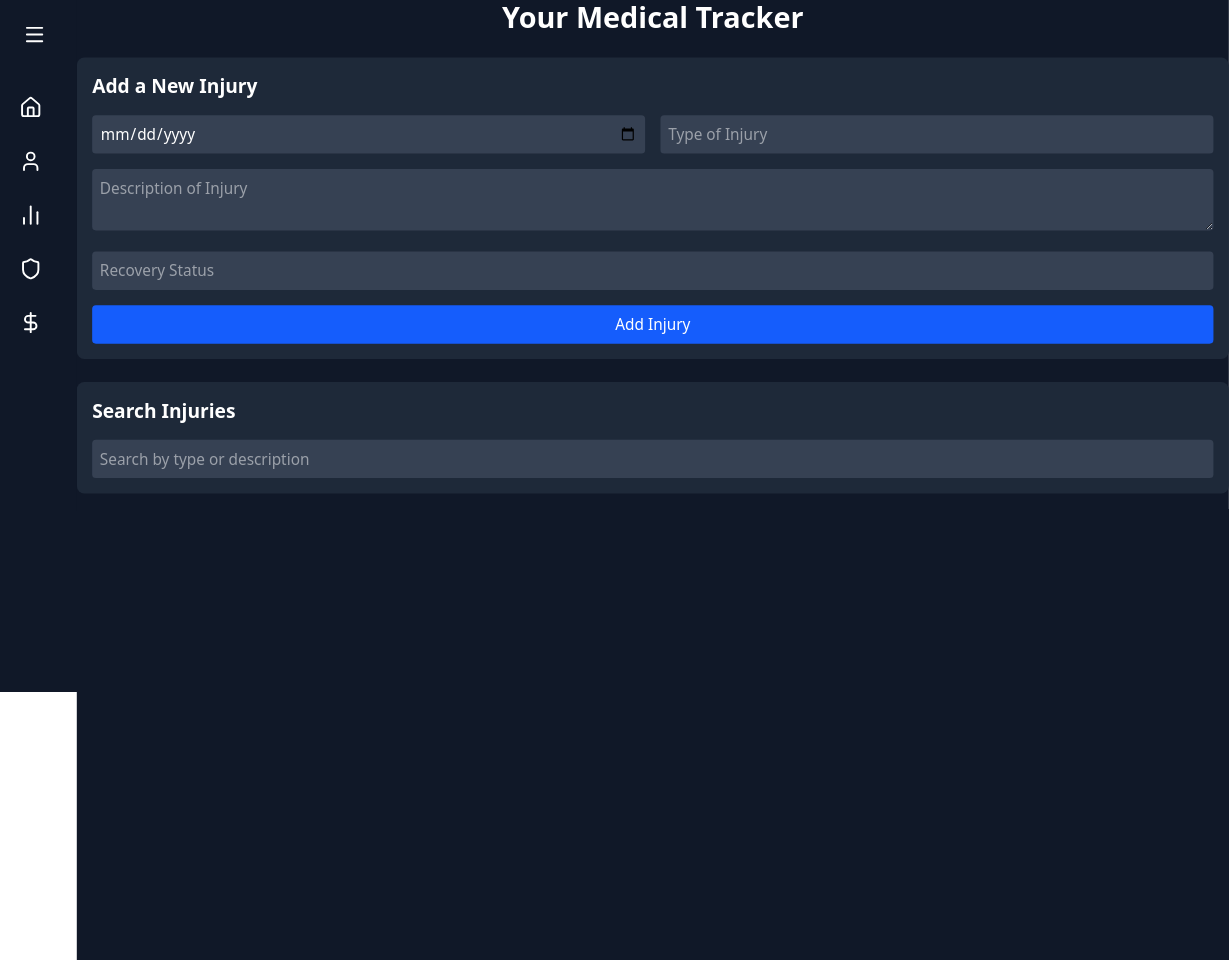
Repository: Shovon0004/Athlete
Page: /medical (app in Athlete/)
An editor plug-in stored every save of this project. The page is shown before and after the next save, followed by the edit.
The browser window is 1280 px wide. The pictures show the whole page, at 96% of full size.
The project was rebuilt for these pictures with package versions that can differ from the ones it lists, and the page was loaded fresh each time. Also part of the build but not shown: Athlete/vite.config.js, Athlete/src/components/FinanceActions.jsx, Athlete/src/components/EditableFinanceDashboard.jsx, Athlete/src/components/News.jsx, Athlete/src/components/SportsPage.jsx, Athlete/src/components/HeroPage.jsx.

Above is the page before, as saved 2025-01-28 22:19:37.

After the next save:
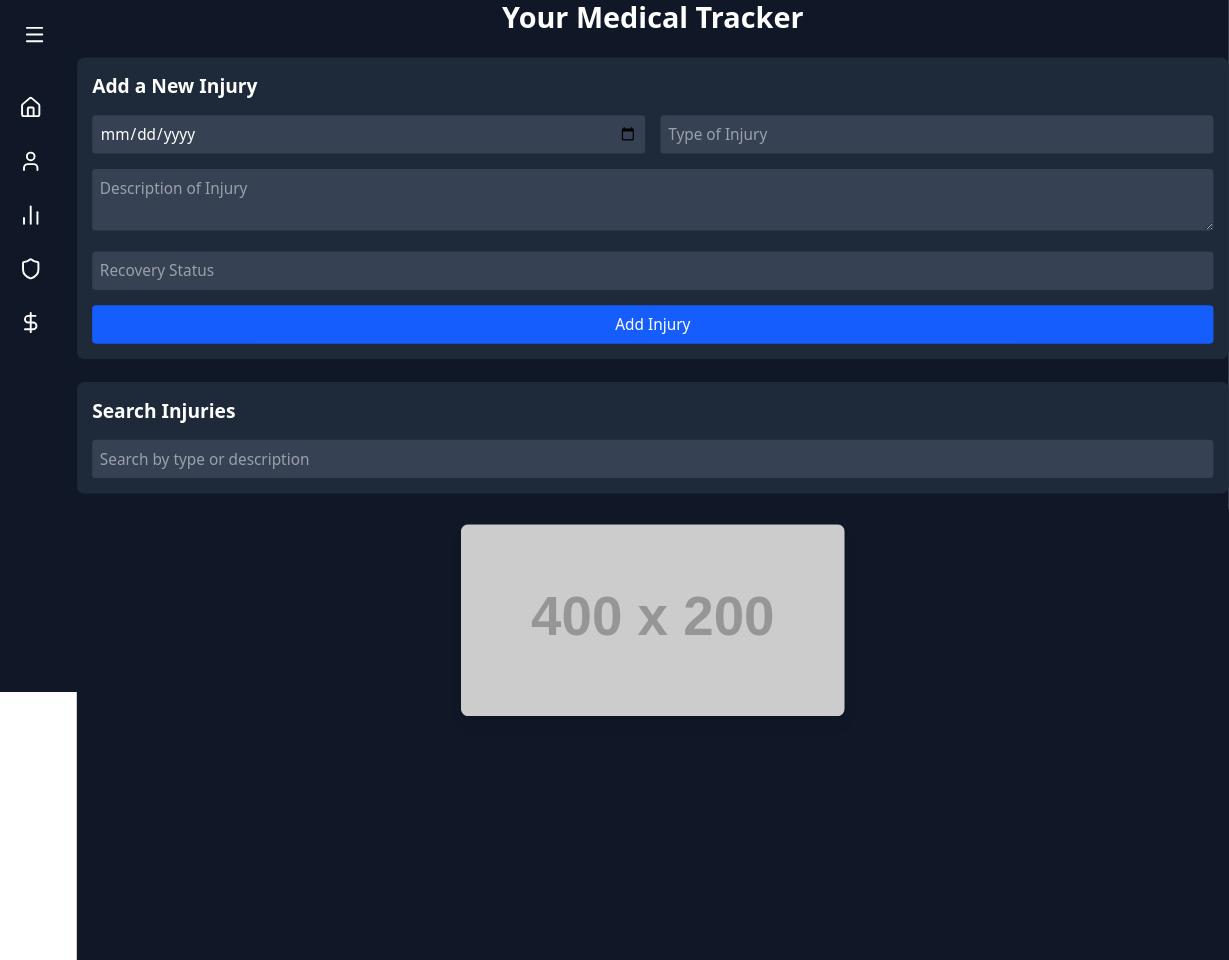
Saved 18 s later.
--- a/Athlete/src/components/Medical.jsx
+++ b/Athlete/src/components/Medical.jsx
@@ -130,7 +130,13 @@
           </div>
         ))}
       </div>
-
+      <div className="mt-8 flex justify-center">
+        <img
+          src="https://via.placeholder.com/400x200"
+          alt="Athlete illustration"
+          className="rounded-lg shadow-lg"
+        />
+      </div>
     </div>
   );
 };
